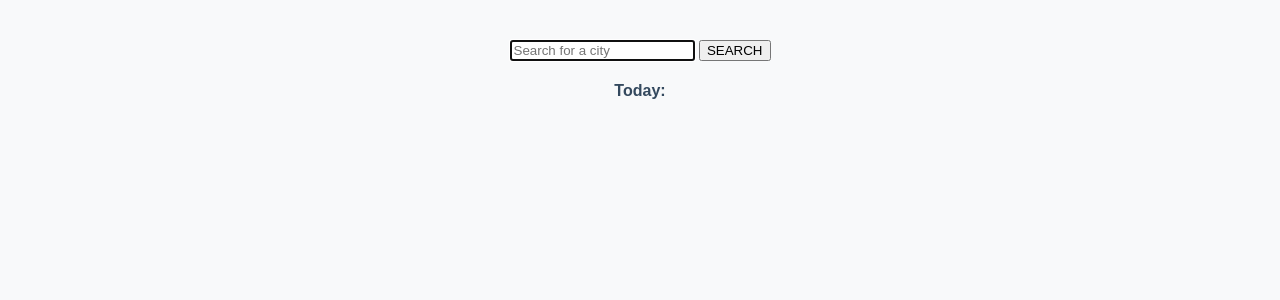
Repository: m0llyc00k/web-advanced
Page: NYC_weather_midterm/index_MC.html
The author's editor kept a record of every edit. The page is drawn from the files as they stood at one moment, then again after the next edit.
The browser window is 1280 px wide. The pictures show the whole page.
Some web fonts or font styles are not loaded; a fallback is used.

Above is the page before.

### NYC_weather_midterm/index_MC.html
<!DOCTYPE html>
<html lang="en">

<head>
    <link rel="stylesheet" href="./styles_MC.css" type="text/css">

    </link>

    <title>Weather: 30 Day Forecast</title>
</head>

<body>
    <div class="title"></div>
    <!--<h2 class="title">-->
    <!--Weather: 30 Day Forecast-->
    <!--</h2>-->


    <section class="top-banner">
        <div class="container">
            <form>
                <input type="text" placeholder="Search for a city" autofocus>
                <button type="submit">SEARCH</button>
                <span class="msg"></span>
            </form>
        </div>
    </section>
    <!--<section class="ajax-section">-->
    <!--    <div class="container">-->
    <!--        <ul class="cities"></ul>-->
    <!--    </div>-->
    <!--</section>-->

    <h4>Today:</h4>
    <br><br><br>
    <div id="wrapper" class="wrapper">
        <div id="tooltip" class="tooltip">
            <div id="tooltip-date" class="tooltip-date"></div>
            <div id="tooltip-temperature" class="tooltip-temperature">
                <span id="tooltip-temperature-min"></span>
                -
                <span id="tooltip-temperature-max"></span>
            </div>
            <div class="tooltip-metric tooltip-precipitation-type">
                <div>Weather</div>
                <div id="tooltip-precipitation-type"></div>
            </div>

            <div class="tooltip-metric tooltip-cloud">
                <div>Cloud Cover</div>
                <div id="tooltip-cloud"></div>
            </div>
            <div class="tooltip-metric tooltip-rain">
                <div>Rain</div>
                <div id="tooltip-rain"></div>
            </div>
            <div class="tooltip-metric tooltip-snow">
                <div>Snow</div>
                <div id="tooltip-snow"></div>
            </div>
            <div class="tooltip-metric tooltip-humidity">
                <div>Humidity</div>
                <div id="tooltip-humidity"></div>
            </div>
        </div>
    </div>

    <script src="https://d3js.org/d3.v7.min.js"></script>
    <script src="./script2.js"></script>

</body>

</html>

### NYC_weather_midterm/styles_MC.css
/* Import and use the Inter font https://rsms.me/inter/ */
@import url('https://rsms.me/inter/inter.css');

html {
    font-family: 'Inter', sans-serif;
}

body {
    display: flex;
    flex-direction: column;
    align-items: center;
    padding: 2em 2em;
    font-family: 'Inter var', sans-serif;
    font-size: 16px;
    color: #34495e;
    background: #f8f9fa;
}

#title {
    position: relative;
    width: 600px;
    margin-top: .3em;
    margin-bottom: .3em;
    line-height: 1.2em;
    display: flex;
    justify-content: center;
    text-align: center;
    align-items: center;
    font-family: 'Inter', sans-serif;
    font-feature-settings: 'tnum'1;
    font-weight: bold;
    font-size: 24px;
}

.grid-line {
    stroke: #dadadd;
    fill: none;
}

.tick-label {
    dominant-baseline: middle;
    fill: #8395a7;
    font-size: 0.7em;
    font-weight: 700;
    letter-spacing: 0.005em;
}

.tick-label-temperature {
    fill: #8395a7;
    opacity: 0.7;
    dominant-baseline: middle;
    font-size: 0.7em;
}

.freezingCircle {
    fill: skyblue;
    opacity: 0.5;
}

.day-line {
    stroke: #dadadd;
    stroke-width: 3;
}

.cloud-dot {
    fill: #c8d6e5;
    /*opacity: 0.8;*/
    mix-blend-mode: multiply;
}

.humidity-dot {
    fill: #d8d2e7;
    /*opacity: 0.8;*/
}

.rain-dot {
    opacity: 0.7;
    fill: cornflowerblue;
    mix-blend-mode: multiply;
}

.snow-dot {
    opacity: 0.7;
    fill: #636e72;
    mix-blend-mode: multiply;
}

.annotation-line {
    stroke: gray;
    /*opacity: 0.4;*/
}

.annotation-text {
    fill: gray;
    font-size: 0.7em;
    dominant-baseline: middle;
}

svg {
    overflow: visible;
}

#wrapper {
    position: relative;
}

.dropbtn {
    background-color: #8395a7;
    font-family: 'Inter', sans-serif;
    color: #dfdfdf;
    padding: 14px;
    font-size: 13px;
    border: none;
}

.dropdown {
    position: relative;
    display: inline-block;
}

.dropdown-content {
    font-family: 'Inter', sans-serif;
    font-size: 12px;
    display: none;
    position: absolute;
    background-color: #dfdfdf;
    min-width: 120px;
    box-shadow: 0px 8px 16px 0px rgba(0, 0, 0, 0.2);
    z-index: 1;
    color: #34495e;
    justify-content: center;
    text-align: center;
    align-items: center;

}

.dropdown-content a {
    font-family: 'Inter', sans-serif;
    color: black;
    padding: 12px 16px;
    text-decoration: none;
    display: block;
}

.dropdown-content a:hover {
    background-color: cornflowerblue;
    opacity: .5;
}

.dropdown:hover .dropdown-content {
    display: block;
}

.dropdown:hover .dropbtn {
    opacity: .5;
}

.tooltip {
    opacity: 0;
    position: absolute;
    top: 0;
    left: 0;
    width: 15em;
    padding: 0.6em 1em;
    background: #fff;
    text-align: center;
    line-height: 1.4em;
    font-size: 0.9em;
    border: 1px solid #ddd;
    z-index: 10;
    pointer-events: none;

}

.tooltip-date {
    margin-bottom: 0.2em;
    font-weight: 600;
    font-size: 1.1em;
    line-height: 1.4em;
}

.tooltip-temperature {
    font-feature-settings: 'tnum'1;
}

.tooltip-metric {
    display: flex;
    justify-content: space-between;
    width: 100%;
    font-size: 0.8em;
    line-height: 1.3em;
    transition: all 0.1s ease-out;
}

.tooltip-metric div:first-child {
    font-weight: 800;
    padding-right: 1em;
}

.tooltip-metric div:nth-child(2) {
    font-feature-settings: 'tnum'1;
}

.tooltip-cloud {
    color: #8395a7;
}

.tooltip-humidity {
    color: #bbb1d5;
}

.listener-circle {
    fill: transparent;
}

.tooltip-line {
    pointer-events: none;
    fill: #8395a7;
    /*fill-opacity: 0.2;*/
    mix-blend-mode: multiply;
}

.tooltip-rain {
    color: cornflowerblue;
}

.tooltip-snow {
    /*color: #8791a3;*/
    color: #b2bec3;
}

.tooltip-precipitation-type {
    margin-bottom: 8px;
    margin-top: 8px;
}

### NYC_weather_midterm/script2.js
/*global d3*/
//create a constructor function to process the data within object

"use strict";

const form = document.querySelector(".top-banner form");
const input = document.querySelector(".top-banner input");
const msg = document.querySelector(".top-banner .msg");
// const list = document.querySelector(".ajax-section .cities");
const apiKey = "0353e66df6f1bec42f85ab2aa62ad775";

form.addEventListener("submit", e => {
    e.preventDefault();
    let inputVal = input.value;

    //ajax here
    const url = `https://pro.openweathermap.org/data/2.5/forecast/climate?q=${inputVal}&appid=${apiKey}&units=imperial`;

    function fetchSearchData() {

        fetch(url)
            .then(res => res.json())
            // .then(data => {
            //     console.log(data)

            .then(function(data) {
                const dataset = data.list
                const allData = data


                drawChart(dataset)
                console.log(allData)
                getTitle(allData)

            })
            .catch(error => {
                console.log(error);
                msg.textContent = "Please search for a valid city";
            })

        msg.textContent = "";
        form.reset();
        input.focus();
    };



    function getTitle(allData) {
        const title = document.getElementById("title")
        const city = document.createElement("h2");
        const newTitle = city.innerText = allData.city.name + ", " + allData.city.country;
        title.innerHTML = newTitle + " : 30 Day Forecast";
    }

    const chartDiv = document.getElementById('wrapper')

        if (chartDiv == null) {
            fetchSearchData()
        } else {
            chartDiv.remove()
            fetchSearchData()
        }


    //////// draw chart in d3 ////////


    function drawChart(newData) {



        // 1. Access data


        // console.log(newData)
        //add the date format to the data
        const formatDate = d3.timeFormat("%Y-%m-%d")
        const parseDate = d3.timeParse("%Y-%m-%d")

        newData.forEach((element) => {
            element['date'] =
                (formatDate(element.dt * 1000))
        })

        const sunFormatter = d3.timeFormat("%I %p")
        const temperatureMinAccessor = d => d.temp.min
        const temperatureMaxAccessor = d => d.temp.max
        const dayAccessor = d => d.date
        const humidityAccessor = d => d.humidity
        const rainAccessor = d => d.rain
        const snowAccessor = d => d.snow
        const precipitationTypeAccessor = d => d.weather[0].main
        const weatherType = d => d.weather[0].description
        const cloudAccessor = d => d.clouds
        const dateParser = d3.timeParse("%Y-%m-%d")
        const sunriseAccessor = d => dateParser(d.sunrise)
        const sunsetAccessor = d => dateParser(d.sunset)
        const sunriseFormat = d => sunFormatter(sunriseAccessor(d.sunrise))
        const dateAccessor = d => dateParser(d.date)


        // 2. Create chart dimensions

        const width = 600
        let dimensions = {
            width: width,
            height: width,
            radius: width / 2,
            margin: {
                top: 120,
                right: 120,
                bottom: 120,
                left: 120,
            },
        }
        dimensions.boundedWidth = dimensions.width - dimensions.margin.left - dimensions.margin.right
        dimensions.boundedHeight = dimensions.height - dimensions.margin.top - dimensions.margin.bottom
        dimensions.boundedRadius = dimensions.radius - ((dimensions.margin.left + dimensions.margin.right) / 2)

        // 3. Draw canvas

        const div = document.createElement("div")
        div.setAttribute('class', 'wrapper');
        div.setAttribute('id', 'wrapper')
        document.body.appendChild(div);

        div.innerHTML = `
        <div id="tooltip" class="tooltip">
            <div id="tooltip-date" class="tooltip-date"></div>
            <div id="tooltip-temperature" class="tooltip-temperature">
                <span id="tooltip-temperature-min"></span>
                -
                <span id="tooltip-temperature-max"></span>
            </div>
            <div class="tooltip-metric tooltip-precipitation-type">
                <div>Weather</div>
                <div id="tooltip-precipitation-type"></div>
            </div>

            <div class="tooltip-metric tooltip-cloud">
                <div>Cloud Cover</div>
                <div id="tooltip-cloud"></div>
            </div>
            <div class="tooltip-metric tooltip-rain">
                <div>Rain</div>
                <div id="tooltip-rain"></div>
            </div>
            <div class="tooltip-metric tooltip-snow">
                <div>Snow</div>
                <div id="tooltip-snow"></div>
            </div>
            <div class="tooltip-metric tooltip-humidity">
                <div>Humidity</div>
                <div id="tooltip-humidity"></div>
            </div>
        </div>
        `

        const subtitle = document.createElement('h4')

        const wrapper = d3.select("#wrapper")
            .append("svg")
            .attr("width", dimensions.width)
            .attr("height", dimensions.height)

        const bounds = wrapper.append("g")
            .style("transform", `translate(${
            dimensions.margin.left + dimensions.boundedRadius}px, ${dimensions.margin.top + dimensions.boundedRadius}px)`)

        const defs = wrapper.append("defs")

        const gradientId = "temperature-gradient"
        const gradient = defs.append("radialGradient")
            .attr("id", gradientId)

        const radiusScale = d3.scaleLinear()
            .domain(d3.extent([
                ...newData.map(temperatureMinAccessor),
                ...newData.map(temperatureMaxAccessor),
            ]))
            .range([0, dimensions.boundedRadius])
            .nice()

        const numberOfStops = 10
        // const gradientColorScale = d3.interpolatePuBuGn
        // const gradientColorScale = d3.interpolateBuPu
        // const gradientColorScale = d3.interpolateCool
        const gradientColorScale = d3.interpolateRgb("cornflowerblue", "#047773")


        const temperatureColorScale = d3.scaleSequential()
            .domain(radiusScale.domain())
            .interpolator(gradientColorScale)

        d3.range(numberOfStops).forEach(i =>
            gradient.append("stop")
            .attr("offset", `${i *100 / (numberOfStops - 1)}%`)
            .attr("stop-color", gradientColorScale(
                i / (numberOfStops - 1)
            )))

        // 4. Create scales

        const angleScale = d3.scaleTime()
            .domain(d3.extent(newData, dateAccessor))
            .range([0, Math.PI * 2])


        const getCoordinatesForAngle = (angle, offset = 1) => [
            Math.cos(angle - Math.PI / 2) * dimensions.boundedRadius * offset,
            Math.sin(angle - Math.PI / 2) * dimensions.boundedRadius * offset,
        ]

        const getXFromDataPoint = (d, offset = 1.4) => (
            getCoordinatesForAngle(angleScale(dateAccessor(d)), offset)[0]
        )

        const getYFromDataPoint = (d, offset = 1.4) => (
            getCoordinatesForAngle(angleScale(dateAccessor(d)), offset)[1]
        )

        // 5. Draw data

        const freezingCircle = bounds.append("circle")
            .attr("r", radiusScale(32))
            .attr("class", "freezingCircle")


        const areaGenerator = d3.areaRadial()
            .angle(d => angleScale(dateAccessor(d)))
            .innerRadius(d => radiusScale(temperatureMinAccessor(d)))
            .outerRadius(d => radiusScale(temperatureMaxAccessor(d)))

        const area = bounds.append("path")
            .attr("d", areaGenerator(newData))
            .style("fill", `url(#${gradientId}`)

        const cloudRadiusScale = d3.scaleSqrt()
            .domain(d3.extent(newData, cloudAccessor))
            .range([1, 10])

        const humidityRadiusScale = d3.scaleSqrt()
            .domain(d3.extent(newData, humidityAccessor))
            .range([1, 10])

        const precipitationTypes = ["rain", "clouds", "snow", "humidity"]
        const precipitationTypeColorScale = d3.scaleOrdinal()
            .domain(precipitationTypes)
            .range(["cornflowerblue", "#636e72", "#b2bec3", "#d8d2e7"])

        const rainRaduisScale = d3.scaleSqrt()
            .domain(d3.extent(newData, rainAccessor))
            .range([0, 10])

        const snowRaduisScale = d3.scaleSqrt()
            .domain(d3.extent(newData, snowAccessor))
            .range([0, 10])

        // 6. Draw peripherals

        const annotationGroup = bounds.append("g")
        const drawAnnotation = (angle, offset, text) => {
            const [x1, y1] = getCoordinatesForAngle(angle, offset)
            const [x2, y2] = getCoordinatesForAngle(angle, 2.6)

            annotationGroup.append("line")
                .attr("x1", x1)
                .attr("x2", x2)
                .attr("y1", y1)
                .attr("y2", y2)
                .attr("class", "annotation-line")

            annotationGroup.append("text")
                .attr("x", x2 + 6)
                .attr("y", y2)
                .attr("class", "annotation-text")
                .text(text)

        }




        const peripherals = bounds.append("g")
        const days = d3.timeDay.range(...angleScale.domain())

        days.forEach(day => {
            const angle = angleScale(day)
            const [x, y] = getCoordinatesForAngle(angle, 1)
            // console.log(getCoordinatesForAngle(angle, 1))

            peripherals.append("line")
                .attr("x2", x)
                .attr("y2", y)
                .attr("class", "grid-line")


            const [labelx, labely] = getCoordinatesForAngle(angle, 2)
            peripherals.append("text")
                .text(d3.timeFormat("%b %d")(day))
                .attr("x", labelx)
                .attr("y", labely)
                .attr("class", "tick-label")
                .style("text-anchor",
                    Math.abs(labelx) < 5 ? "middle" :
                    labelx > 0 ? "start" :
                    "end"
                )


            const temperatureTicks = radiusScale.ticks(4)
            // console.log(temperatureTicks)
            const gridCircles = temperatureTicks.map(d => {
                peripherals.append("circle")
                    .attr("r", radiusScale(d))
                    .attr("class", "grid-line")
            })

            const tickLabelBackgrounds = temperatureTicks.map(d => {
                if (d < 1) return
                return peripherals.append("rect")
                    // .attr("x", 4)
                    .attr("y", -radiusScale(d) - 10)
                    .attr("width", 40)
                    .attr("height", 20)
                    .attr("fill", "#f8f9fa")
            })

            const gridLabels = temperatureTicks.map(d => {
                if (d < 1) return
                return peripherals.append("text")
                    .attr("x", 4)
                    .attr("y", -radiusScale(d) + 2)
                    .html(`${d3.format(".0f")(d)} \xB0F`)
                    .attr("class", "tick-label-temperature")
            })

        })

        //ticks for days

        const dayGroup = bounds.append("g")
        const dayOffset = 1
        const dayTick = dayGroup.selectAll("line")
            .data(newData.filter(d => dayAccessor(d)))
            .join("line")
            .attr("x1", d => getXFromDataPoint(d, dayOffset))
            .attr("y1", d => getYFromDataPoint(d, dayOffset))
            .attr("x2", d => getXFromDataPoint(d, dayOffset + 0.1))
            .attr("y2", d => getYFromDataPoint(d, dayOffset + 0.1))
            .attr("class", "day-line")

        //outer circles

        const cloudGroup = bounds.append("g")
        const cloudOffset = 1.65
        const cloudDots = cloudGroup.selectAll("circle")
            .data(newData)
            .join("circle")
            .attr("r", d => cloudRadiusScale(cloudAccessor(d)))
            .attr("cx", d => getXFromDataPoint(d, cloudOffset))
            .attr("cy", d => getYFromDataPoint(d, cloudOffset))
            .attr("class", "cloud-dot")

        const humidityGroup = bounds.append("g")
        const humidityOffset = 1.20
        const humidityDots = humidityGroup.selectAll("circle")
            .data(newData)
            .join("circle")
            .attr("r", d => humidityRadiusScale(humidityAccessor(d)))
            .attr("cx", d => getXFromDataPoint(d, humidityOffset))
            .attr("cy", d => getYFromDataPoint(d, humidityOffset))
            .attr("class", "humidity-dot")

        const rainGroup = bounds.append("g")
        const rainOffset = 1.34
        const rainDots = rainGroup.selectAll("circle")
            .data(newData)
            .join("circle")
            .attr("r", d => rainRaduisScale(rainAccessor(d)))
            .attr("cx", d => getXFromDataPoint(d, rainOffset))
            .attr("cy", d => getYFromDataPoint(d, rainOffset))
            .attr("class", "rain-dot")

        const snowGroup = bounds.append("g")
        const snowOffset = 1.47
        const snowDots = snowGroup.selectAll("circle")
            .data(newData)
            .join("circle")
            .attr("r", d => snowRaduisScale(snowAccessor(d)))
            .attr("cx", d => getXFromDataPoint(d, snowOffset))
            .attr("cy", d => getYFromDataPoint(d, snowOffset))
            .attr("class", "snow-dot")



        // drawAnnotation(Math.PI * 0.3, humidityOffset , "Humidity")
        // drawAnnotation(Math.PI * 0.195, cloudOffset , "Cloudiness")
        // drawAnnotation(Math.PI * 0.24, rainOffset , "Rain")
        // drawAnnotation(Math.PI * 0.26, snowOffset , "Snow")
        drawAnnotation(Math.PI * 0.65, 0.5, "Temperature")


        drawAnnotation(Math.PI * 0.72, radiusScale(32) / dimensions.boundedRadius, "Freezing Temperature (32\xB0F)")


        precipitationTypes.forEach((precipitationType, index) => {
            const labelCoordinates = getCoordinatesForAngle(Math.PI * 0.28, 3.0)

            annotationGroup.append("circle")
                .attr("cx", labelCoordinates[0] + 15)
                .attr("cy", labelCoordinates[1] + (16 * (index + 1)))
                .attr("r", 4)
                .attr("fill", precipitationTypeColorScale(precipitationType))
                .style("opacity", 0.7)
            annotationGroup.append("text")
                .attr("x", labelCoordinates[0] + 25)
                .attr("y", labelCoordinates[1] + (16 * (index + 1)))
                .text(precipitationType)
                .attr("class", "annotation-text")

        })




        //   // 7. Set up interactions

        const listenerCircle = bounds.append("circle")
            .attr("r", dimensions.width / 2)
            .attr("class", "listener-circle")
            .on("mousemove", onMouseMove)
            .on("mouseleave", onMouseLeave)


        const tooltip = d3.select("#tooltip")
        const tooltipLine = bounds.append("path")
            .attr("class", "tooltip-line")

        function onMouseMove(e) {
            const [x, y] = d3.pointer(e)

            const getAngleFromCoordinates = (x, y) => (
                Math.atan2(y, x))
            let angle = getAngleFromCoordinates(x, y) + Math.PI / 2
            if (angle < 0) angle = (Math.PI * 2) + angle

            const tooltipArcGenerator = d3.arc()
                .innerRadius(0)
                .outerRadius(dimensions.boundedRadius * 1.6)
                .startAngle(angle - 0.15)
                .endAngle(angle + 0.015)

            tooltipLine.attr("d", tooltipArcGenerator())
                .style("opacity", 1)

            const outerCoordinates = getCoordinatesForAngle(angle, 1.6)

            tooltip.style("opacity", 1)
                .style("transform", `translate(calc(${
          outerCoordinates[0] < -50 ? "40px + -100" :
          outerCoordinates[0] > 50 ? "-40px + 0" :
          -50
        }% + ${
          outerCoordinates[0] + dimensions.margin.left + dimensions.boundedRadius
        }px), calc(${
          outerCoordinates[1] < -50 ? "40px + -100" :
          outerCoordinates[1] > 50 ? "-40px + 0" :
          -50
        }% + ${
          outerCoordinates[1] + dimensions.margin.top + dimensions.boundedRadius
        }px))`)

            const date = angleScale.invert(angle)
            const dateString = d3.timeFormat("%Y-%m-%d")(date)

            const dataPoint = newData.find(d => d.date == dateString)
            if (!dataPoint) return

            const noValue = NaN



            tooltip.select("#tooltip-date")
                .text(d3.timeFormat("%B %-d")(date))
            tooltip.select("#tooltip-temperature-min")
                .html(`${d3.format(".1f")(
          temperatureMinAccessor(dataPoint))
        }	\xB0F`)
            tooltip.select("#tooltip-temperature-max")
                .html(`${d3.format(".1f")(
          temperatureMaxAccessor(dataPoint))
        }	\xB0F`)
            tooltip.select("#tooltip-humidity")
                .html(`${d3.format(".1f")(
          humidityAccessor(dataPoint))
        }	%`)
            tooltip.select("#tooltip-cloud")
                .html(`${d3.format(".1f")(
          cloudAccessor(dataPoint))
        }	%`)


            if (snowAccessor(dataPoint) != undefined) {
                tooltip.select("#tooltip-snow")
                    .html(`${d3.format(".1f")(
                snowAccessor(dataPoint))
        }	mm`)
            }
            else {
                tooltip.select("#tooltip-snow")
                    .text('none')
            }


            if (rainAccessor(dataPoint) != undefined) {
                tooltip.select("#tooltip-rain")
                    .html(`${d3.format(".1f")(
            rainAccessor(dataPoint))
        }	mm`)

            }
            else {
                tooltip.select("#tooltip-rain")
                    .text('none')
            }


            tooltip.select("#tooltip-precipitation-type")
                .text(weatherType(dataPoint))
            // tooltip.select("#tooltip-sunrise")
            //     .text(sunriseAccessor(d3.timeFormat("%I %p")))
            // tooltip.select("#tooltip-sunset")
            //     .text(d3.timeFormat("%I %p")(sunsetAccessor))
            tooltip.select(".tooltip-precipitation-type")
                .style("color", precipitationTypeAccessor(dataPoint) ?
                    precipitationTypeColorScale(
                        precipitationTypeAccessor(dataPoint)
                    ) :
                    "#dadadd")
            tooltip.select("#tooltip-temperature-min")
                .style("color", temperatureColorScale(
                    temperatureMinAccessor(dataPoint)
                ))
            tooltip.select("#tooltip-temperature-max")
                .style("color", temperatureColorScale(
                    temperatureMaxAccessor(dataPoint)
                ))
            tooltip.select("#tooltip-rain")
                .style("color", "cornflowerblue")
            tooltip.select("#tooltip-snow")
                .style("color", "#8791a3")
            // tooltip.select("#tooltip-sunrise")
            //     .style("color", "#feca57")
            // tooltip.select("#tooltip-sunset")
            //     .style("color", "#fe7757")
        }

        function onMouseLeave() {
            tooltip.style("opacity", 0)
            tooltipLine.style("opacity", 0)

        }



    }

});

After the next edit:
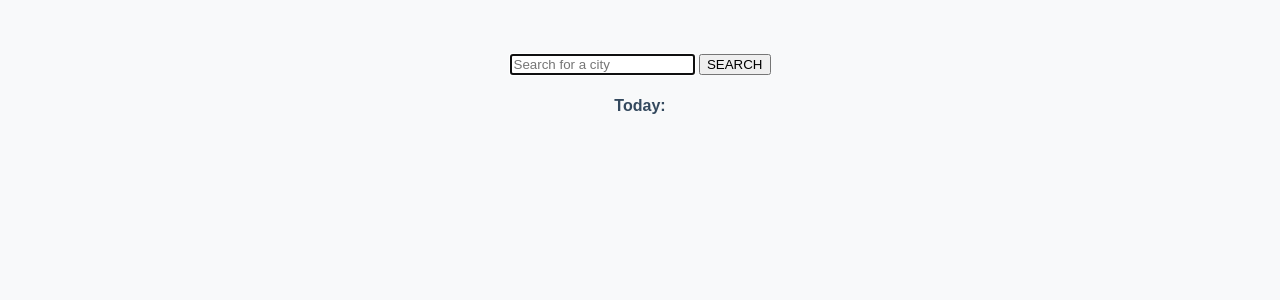
The edit:
--- a/NYC_weather_midterm/index_MC.html
+++ b/NYC_weather_midterm/index_MC.html
@@ -10,7 +10,7 @@
 </head>
 
 <body>
-    <div class="title"></div>
+    <div id="title"></div>
     <!--<h2 class="title">-->
     <!--Weather: 30 Day Forecast-->
     <!--</h2>-->
